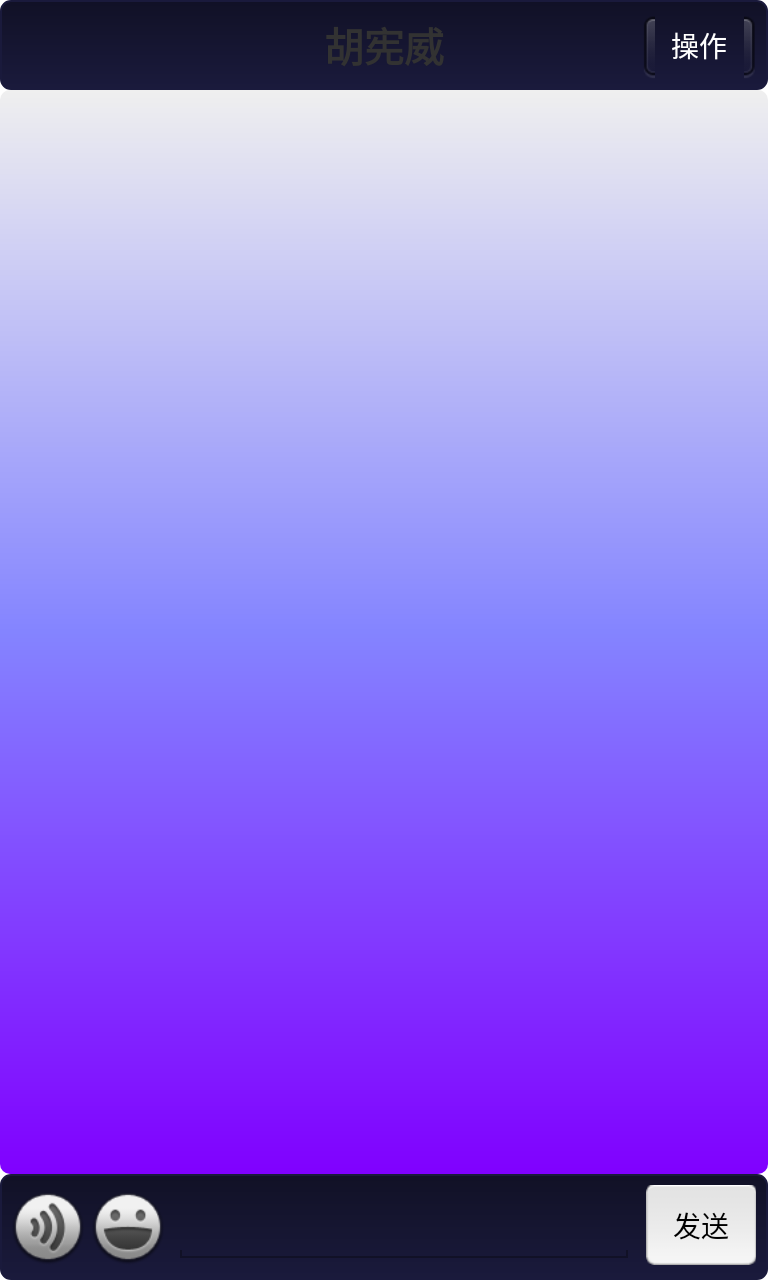
Repository: aojue/HappyAA
Layout: HappyAA/res/layout/one_activity.xml
These files come from the project's save history. The layout is drawn as it stood at one moment and after the next save; the edit follows.
It is drawn on a 768 x 1280 px phone screen (xhdpi) without system bars, with theme AppTheme; the app's code is not run. Lists and similar views that code fills are empty.

Above is the layout before, as saved 2014-10-25 06:52:24.

After the next save:
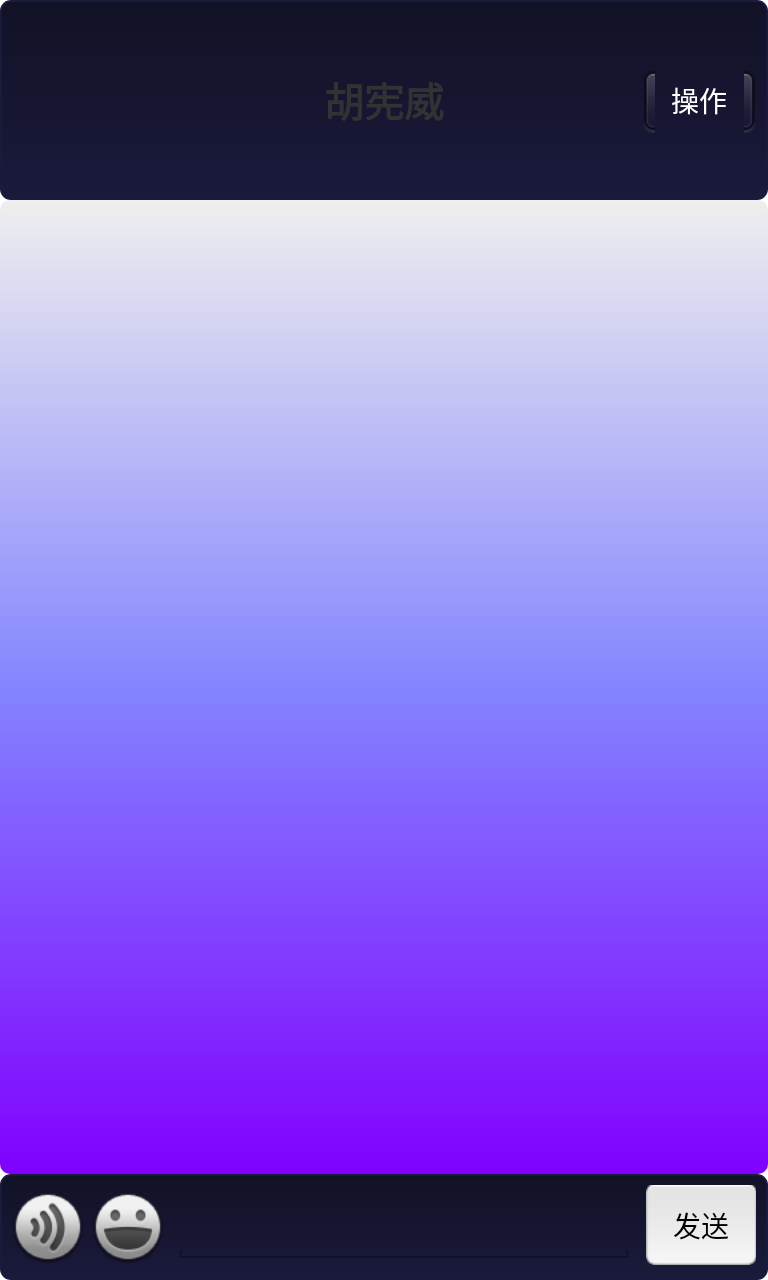
Saved 3 min 25 s later.
--- a/HappyAA/res/layout/one_activity.xml
+++ b/HappyAA/res/layout/one_activity.xml
@@ -9,7 +9,7 @@
 
     <RelativeLayout
         android:layout_width="fill_parent"
-        android:layout_height="45dp"
+        android:layout_height="100dp"
         android:background="@drawable/titlebg"
         android:gravity="center_vertical"
         android:orientation="horizontal" >

After the save that followed:
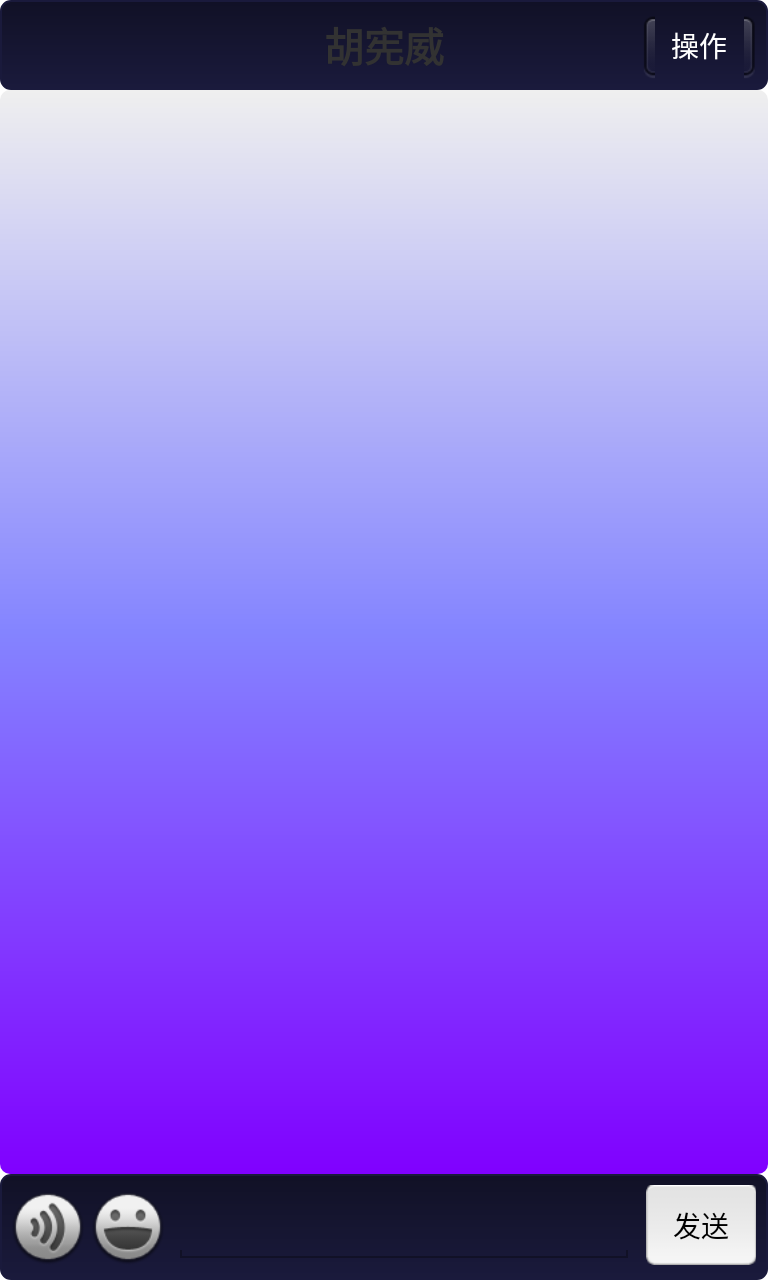
Saved 14 s later.
--- a/HappyAA/res/layout/one_activity.xml
+++ b/HappyAA/res/layout/one_activity.xml
@@ -9,7 +9,7 @@
 
     <RelativeLayout
         android:layout_width="fill_parent"
-        android:layout_height="100dp"
+        android:layout_height="45dp"
         android:background="@drawable/titlebg"
         android:gravity="center_vertical"
         android:orientation="horizontal" >
